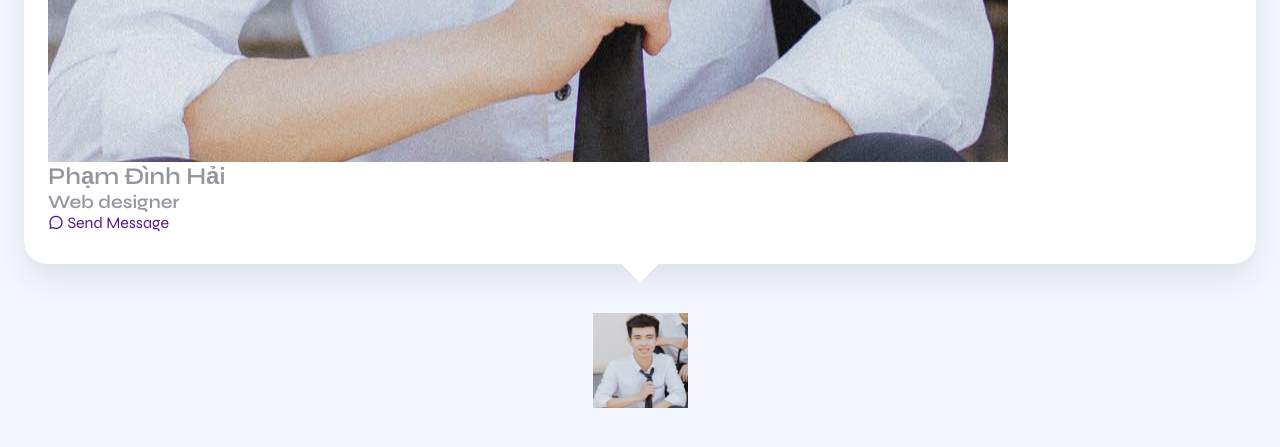
Repository: dinhhaidh/Profile
Page: index.html
An editor plug-in stored every save of this project. The page is shown before and after the next save, followed by the edit.
The browser window is 1280 px wide. The pictures show the whole page.
Some web libraries are served in a nearby version.

Above is the page before, as saved 2024-02-29 09:18:53.

### index.html
<!DOCTYPE html>
<html lang="en">
<head>
    <meta charset="UTF-8">
    <meta name="viewport" content="width=device-width, initial-scale=1.0">

    <!--=============== REMIXICONS ===============-->
    <link rel="stylesheet" href="https://cdnjs.cloudflare.com/ajax/libs/remixicon/4.0.1/remixicon.css">

    <!--=============== CSS ===============-->
    <link rel="stylesheet" href="style.css">

    <title>Profile card with tooltip</title>
</head>
<body>
    <div class="container">
        <article class="card__article">
            <div class="card__profile">
                <img src="./img/img.jpg" alt="image" class="card__profile-img">
            </div>

            <div class="card__tooltip">
                <div class="card__content">
                    <header class="card__header">
                        <span>Social</span>

                        <div class="card__social">
                            <a href="https://www.linkedin.com" target="_blank">
                                <i class="ri-linkedin-box-line"></i>
                            </a>

                            <a href="https://www.github.com" target="_blank">
                                <i class="ri-github-fill"></i>
                            </a>

                            <a href="https://www.dribbble.com" target="_blank">
                                <i class="ri-dribbble-line"></i>
                            </a>
                        </div>
                    </header>

                    <div class="card__data">
                        <div class="card__image">
                            <div class="card__mask">
                                <img src="./img/img.jpg" alt="image" class="card__img">
                            </div>

                            <span class="card__stutus">

                            </span>
                        </div>
                        <h2 class="card__name">Phạm Đình Hải</h2>
                        <h3 class="card__profession">Web designer</h3>

                        <a href="" class="card__button">
                            <i class="ri-chat-3-line"></i> <span>Send Message</span>
                        </a>
                    </div>
                </div>
            </div>
        </article>
    </div>
</body>
</html>

### style.css
/*=============== GOOGLE FONTS ===============*/
@import url("https://fonts.googleapis.com/css2?family=Syne:wght@400;500;600&display=swap");

/*=============== VARIABLES CSS ===============*/
:root {
    /*========== Colors ==========*/
    /*Color mode HSL(hue, saturation, lightness)*/
    --first-color: hsl(230, 100%, 50%);
    --second-color: hsl(150, 100%, 38%);
    --title-color: hsl(230, 24%, 12%);
    --text-color: hsl(230, 4%, 60%);
    --gray-color: hsl(230, 24%, 88%);
    --border-color: hsl(230, 4%, 92%);
    --body-color: hsl(230, 100%, 98%);
    --container-color: hsl(0, 0%, 100%);

    /*========== Font and typography ==========*/
    /*.5rem = 8px | 1rem = 16px ...*/
    --body-font: "Syne", sans-serif;
    --h2-font-size: 1.25rem;
    --normal-font-size: 1rem;
}

/*=============== BASE ===============*/
* {
    box-sizing: border-box;
    padding: 0;
    margin: 0;
}

body {
    font-family: var(--body-font);
    font-size: var(--normal-font-size);
    background-color: var(--body-color);
    color: var(--text-color);
}

a {
    text-decoration: none;
}

img {
    display: block;
    max-width: 100%;
    height: auto;
}

/*=============== CARD ===============*/
.container {
    height: 100vh;
    display: grid;
    place-items: center;
    margin-inline: 1.5rem;
    padding-block: 7rem;
}

.card__article {
    position: relative;
    align-items: flex-end;
    display: flex;
    justify-content: center;
}

.card__profile,
 {
    width: 100px;
    height: 100px;
    background-color: var(--gray-color);
    border-radius: 50%;
    overflow: hidden;
    display: flex;
    align-items: flex-end;
    justify-content: center;
    border: 4px solid var(--container-color);
    z-index: 5;
}

.card__profile-img {
    width: 95px;
}

.card__tooltip {
    position: absolute;
    bottom: 4rem;
    padding-bottom: 5rem;
    /* transition: opacity .4s, bottom .4s cubic-bezier(.6, -.5, .3, 1.5);
    pointer-events: none;
    opacity: 0; */
}

.card__content {
    position: relative;
    width: calc(100vw - 3rem);
    background-color: var(--container-color);
    box-shadow: 0 16px 32px hsla(230, 50%, 20%, .1);
    padding: 2rem 1.5rem;
    border-radius: 1.5rem;
}

.card__content::after {
    content: "";
    width: 32px;
    height: 32px;
    background-color: var(--container-color);
    position: absolute;
    left: 0;
    right: 0;
    bottom: -.75rem;
    margin-inline: auto;
    border-radius: .25rem;
    rotate: 45deg;
}

.card__header {
    display: flex;
    justify-content: space-between;
    align-items: center;
    border-bottom: 1px solid var(--border-color);
    padding-bottom: 1.5rem;
    margin-bottom: 1.5rem;
}
.card__header span{
    color: var(--title-color);
    font-weight: 500;
}

.card__social {
    display: flex;
    column-gap: .75rem;
}

.card__social a{
    font-size: 1.25rem;
    color: var(--title-color);
}

.card__data {}

.card__image {}

.card__mask {}

.card__img {}

.card__stutus {}

.card__name {}

.card__profession {}

.card__button {}

.ri-chat-3-line {}

/* Scale profile image */


/* Show tooltip card */


/*=============== BREAKPOINTS ===============*/
/* For medium devices */

After the next save:
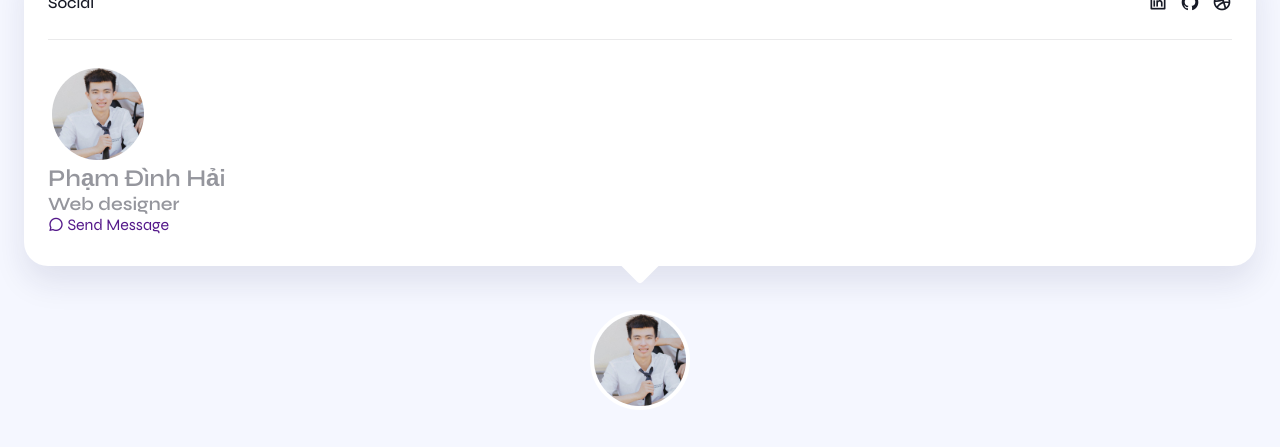
Saved 4 s later.
--- a/style.css
+++ b/style.css
@@ -62,7 +62,7 @@ img {
 }
 
 .card__profile,
- {
+.card__mask {
     width: 100px;
     height: 100px;
     background-color: var(--gray-color);
